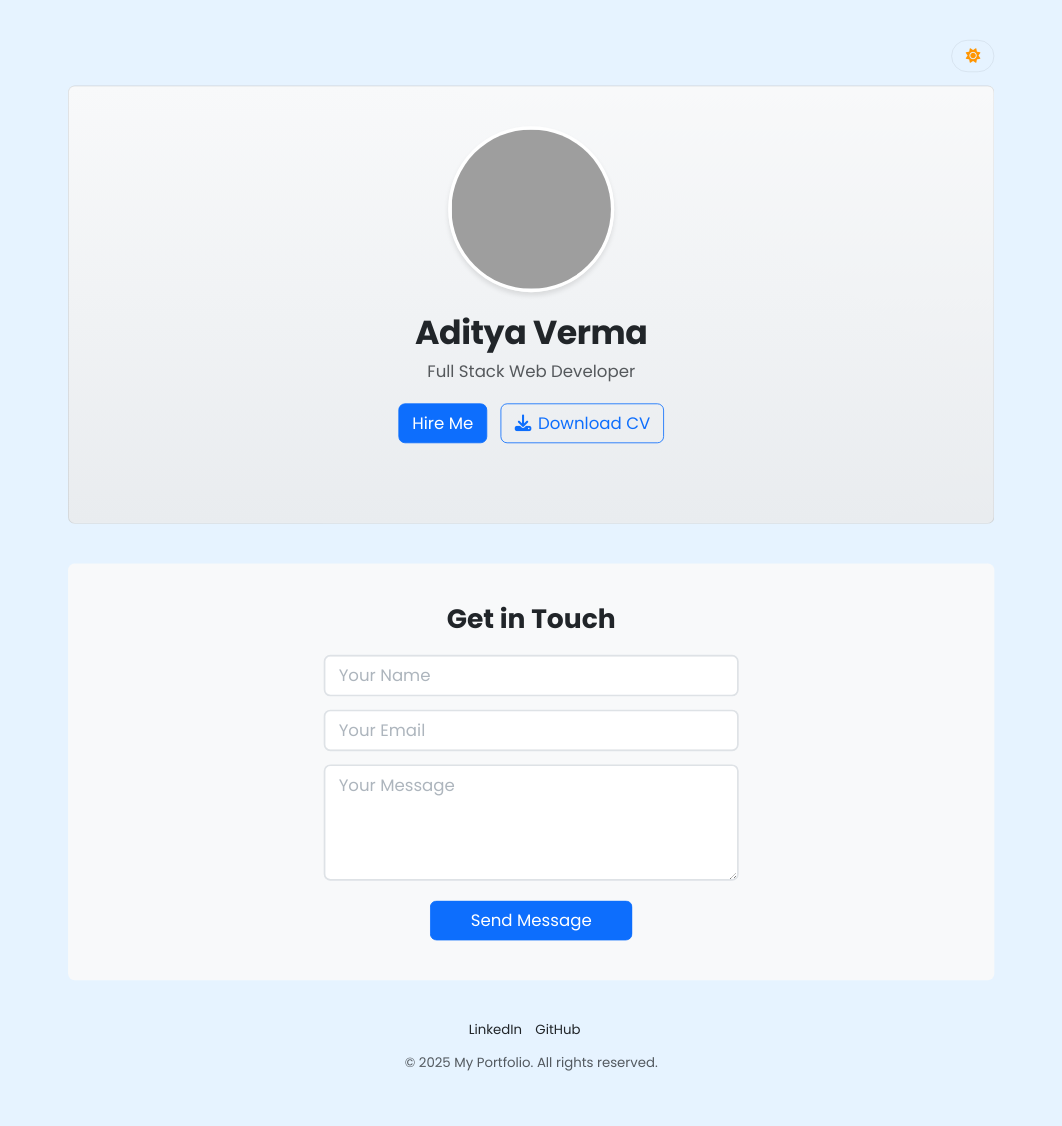
Repository: AdityaTech-Pro/FullStackWithBridgelabz
Page: Assignment10/Personal Portfolio Basics using Bootstrap Utilities/index.html
The author's editor kept a copy of each file at every save. The page is drawn from the files as they stood at one save, then again after the next save.
The browser window is 1280 px wide. The pictures show the whole page, at 83% of full size.
Pictures or frames that could not be fetched are drawn as grey boxes.

Above is the page before, as saved 2025-11-10 11:42:38.

### Assignment10/Personal Portfolio Basics using Bootstrap Utilities/index.html
<!DOCTYPE html>
<html lang="en">

<head>
    <meta charset="UTF-8">
    <meta name="viewport" content="width=device-width, initial-scale=1.0">
    <title>My Portfolio - Bootstrap Utilities</title>
    <!-- Bootstrap CSS -->
    <link href="https://cdn.jsdelivr.net/npm/bootstrap@5.3.2/dist/css/bootstrap.min.css" rel="stylesheet">
    <!-- Font Awesome for icons -->
    <link rel="stylesheet" href="https://cdnjs.cloudflare.com/ajax/libs/font-awesome/6.4.2/css/all.min.css">
    <!-- Google Font: Poppins -->
    <link href="https://fonts.googleapis.com/css2?family=Poppins:wght@300;400;600;700&display=swap" rel="stylesheet">
    <!-- Local custom styles -->
    <link rel="stylesheet" href="styles.css">
    <style>
        /* Custom styles to complement Bootstrap */

         :root {
            --bg: #e6f3ff;
            --card-bg: #ffffff;
            --accent: #0d6efd;
            --text: #212529;
        }

        body {
            background-color: var(--bg);
            color: var(--text);
            transition: background-color 0.3s ease, color 0.3s ease;
        }

        .profile-section {
            background: linear-gradient(to bottom, #f8f9fa, #e9ecef);
            transition: transform 0.3s ease, background 0.3s ease;
        }
        /* Top bar with theme toggle */

        .topbar {
            display: flex;
            justify-content: flex-end;
            align-items: center;
            gap: 1rem;
            margin-bottom: 1rem;
        }

        .theme-toggle {
            display: inline-flex;
            align-items: center;
            gap: 0.5rem;
            background: transparent;
            border: 1px solid rgba(0, 0, 0, 0.08);
            padding: 0.6rem 1rem;
            border-radius: 999px;
            cursor: pointer;
            color: var(--text);
            transition: all 0.3s ease;
        }

        .theme-toggle:hover {
            background: rgba(0, 0, 0, 0.05);
            transform: translateY(-1px);
        }

        .theme-toggle:active {
            transform: translateY(1px);
        }

        .theme-toggle i {
            font-size: 1.1rem;
        }

        .theme-toggle .fa-sun {
            color: #ff9500;
        }

        .theme-toggle .fa-moon {
            display: none;
            color: #6366f1;
        }

        .dark-theme .theme-toggle .fa-sun {
            display: none;
        }

        .dark-theme .theme-toggle .fa-moon {
            display: inline-block;
        }

        .btn-custom {
            transition: transform 0.3s ease;
        }

        .btn-custom:hover {
            transform: translateY(-2px);
        }

        .form-control:focus {
            box-shadow: 0 0 0 0.25rem rgba(13, 110, 253, 0.2);
        }

        .profile-img {
            width: 200px;
            height: 200px;
            object-fit: cover;
            border: 4px solid white;
            box-shadow: 0 4px 6px rgba(0, 0, 0, 0.1);
            transition: transform 0.25s ease;
        }

        .profile-img:hover {
            transform: scale(1.03);
        }
        /* Dark theme overrides */

        body.dark-theme {
            --bg: #0f1724;
            --card-bg: #111827;
            --muted: #9ca3af;
            --accent: #60a5fa;
            --text: #e6eef8;
        }

        .dark-theme .profile-section {
            background: linear-gradient(180deg, rgba(255, 255, 255, 0.02), rgba(255, 255, 255, 0.01));
        }

        .dark-theme .bg-light {
            background-color: #0b1220 !important;
            color: var(--text) !important;
            border: 1px solid rgba(255, 255, 255, 0.04);
        }

        .dark-theme .text-muted {
            color: var(--muted) !important;
        }

        .dark-theme .theme-toggle {
            border-color: rgba(255, 255, 255, 0.1);
        }

        .dark-theme .theme-toggle:hover {
            background: rgba(255, 255, 255, 0.05);
        }
        /* Small polish */

        .max-width-500 {
            max-width: 500px;
        }

        footer a {
            color: inherit;
        }

        @media (max-width: 768px) {
            .profile-img {
                width: 150px;
                height: 150px;
            }
            .topbar {
                justify-content: center;
            }
        }
    </style>
</head>

<body>
    <!-- Main Container -->
    <div class="container py-5">
        <!-- Top bar: theme toggle and quick actions -->
        <div class="topbar">
            <button id="themeToggle" class="theme-toggle" aria-pressed="false" aria-label="Toggle dark mode">
                <i class="fas fa-sun" aria-hidden="true"></i>
                <i class="fas fa-moon" aria-hidden="true"></i>
                <span class="visually-hidden">Toggle theme</span>
            </button>
        </div>
        <!-- Profile Section -->
        <section class="profile-section p-5 rounded-3 text-center mb-5">
            <img src="https://avatars.githubusercontent.com/u/219658559?s=400&u=7e5a78b2bf82817b3f897e4e53b1019b24af58ee&v=4" alt="Profile Picture" class="profile-img img-fluid rounded-circle mb-4">

            <h1 class="fw-bold mb-2">Aditya Verma</h1>
            <p class="text-muted fs-5 mb-4">Full Stack Web Developer</p>

            <!-- Action Buttons -->
            <div class="d-flex justify-content-center gap-3 mb-5">
                <button class="btn btn-primary btn-lg btn-custom">
                    Hire Me
                </button>
                <a href="./assets/Updated_Aditya_2Resume_by GLAFormat.pdf" class="btn btn-outline-primary btn-lg btn-custom" download>
                    <i class="fas fa-download me-2"></i>Download CV
                </a>
            </div>
        </section>

        <!-- Contact Form Section -->
        <section class="bg-light p-5 rounded-3">
            <h2 class="text-center fw-bold mb-4">Get in Touch</h2>

            <form class="max-width-500 mx-auto">
                <div class="mb-3">
                    <input type="text" class="form-control form-control-lg" placeholder="Your Name" required>
                </div>

                <div class="mb-3">
                    <input type="email" class="form-control form-control-lg" placeholder="Your Email" required>
                </div>

                <div class="mb-4">
                    <textarea class="form-control form-control-lg" rows="4" placeholder="Your Message" required></textarea>
                </div>

                <div class="text-center">
                    <button type="submit" class="btn btn-primary btn-lg px-5 btn-custom">
                        Send Message
                    </button>
                </div>
            </form>
        </section>

        <!-- Footer -->
        <footer class="text-center mt-5">
            <div class="d-flex justify-content-center gap-3">
                <a href="https://www.linkedin.com/in/aditya-verma-2a3915289/" class="text-decoration-none text-dark">LinkedIn</a>
                <a href="https://github.com/AdityaTech-Pro" class="text-decoration-none text-dark">GitHub</a>
                <a href="#" class="text-decoration-none text-dark"></a>
            </div>
            <p class="text-muted mt-3">&copy; 2025 My Portfolio. All rights reserved.</p>
        </footer>
    </div>

    <!-- Theme toggle script -->
    <script>
        (function() {
            const toggle = document.getElementById('themeToggle');
            const body = document.body;
            const saved = localStorage.getItem('theme');

            function applyTheme(theme) {
                if (theme === 'dark') {
                    body.classList.add('dark-theme');
                    toggle.setAttribute('aria-pressed', 'true');
                } else {
                    body.classList.remove('dark-theme');
                    toggle.setAttribute('aria-pressed', 'false');
                }
            }

            // initial theme: saved -> user preference -> light
            if (saved) {
                applyTheme(saved);
            } else if (window.matchMedia && window.matchMedia('(prefers-color-scheme: dark)').matches) {
                applyTheme('dark');
            }

            toggle.addEventListener('click', function() {
                const isDark = body.classList.toggle('dark-theme');
                localStorage.setItem('theme', isDark ? 'dark' : 'light');
                toggle.setAttribute('aria-pressed', String(isDark));
            });
        })();
    </script>

    <!-- Bootstrap JS -->
    <script src="https://cdn.jsdelivr.net/npm/bootstrap@5.3.2/dist/js/bootstrap.bundle.min.js"></script>
</body>

</html>

### Assignment10/Personal Portfolio Basics using Bootstrap Utilities/styles.css
/* Custom styles to enhance Bootstrap */

/* Body and general styles */
body {
    font-family: 'Poppins', 'Segoe UI', system-ui, -apple-system, sans-serif;
    background-color: #ffffff;
}

/* Container max-width for larger screens */
.container {
    max-width: 1140px;
}

/* Profile section styling */
.profile-section {
    background: linear-gradient(135deg, #f8f9fa 0%, #e9ecef 100%);
    border: 1px solid rgba(0, 0, 0, 0.1);
    transition: transform 0.3s ease;
}

.profile-section:hover {
    transform: translateY(-5px);
}

/* Profile image styling */
.profile-img {
    width: 200px;
    height: 200px;
    object-fit: cover;
    border: 4px solid white;
    box-shadow: 0 4px 15px rgba(0, 0, 0, 0.1);
    transition: transform 0.3s ease;
}

.profile-img:hover {
    transform: scale(1.05);
}

/* Button enhancements */
.btn-custom {
    transition: all 0.3s ease;
    position: relative;
    overflow: hidden;
}

.btn-custom:hover {
    transform: translateY(-2px);
    box-shadow: 0 5px 15px rgba(0, 0, 0, 0.1);
}

.btn-custom:active {
    transform: translateY(0);
}

/* Form styling */
.form-control {
    border: 2px solid #dee2e6;
    transition: all 0.3s ease;
}

.form-control:focus {
    border-color: #0d6efd;
    box-shadow: 0 0 0 0.25rem rgba(13, 110, 253, 0.2);
}

.form-control::placeholder {
    color: #adb5bd;
}

/* Social links styling */
.social-links a {
    transition: color 0.3s ease, transform 0.15s ease;
    color: #0d6efd;
    font-weight: 700;
}

.social-links a:hover {
    color: #0b5ed7 !important;
    transform: translateY(-1px);
}

/* Custom animations */
@keyframes fadeInUp {
    from {
        opacity: 0;
        transform: translateY(20px);
    }
    to {
        opacity: 1;
        transform: translateY(0);
    }
}

.profile-section, .contact-form {
    animation: fadeInUp 0.5s ease-out forwards;
}

/* Form success state */
.form-control:valid {
    border-color: #198754;
}

/* Custom section styling */
.custom-section {
    border-radius: 15px;
    overflow: hidden;
}

/* Typography enhancements */
h1 {
    letter-spacing: -0.5px;
}

.tagline {
    font-size: 1.25rem;
    color: #6c757d;
}

/* Responsive adjustments */
@media (max-width: 768px) {
    .profile-img {
        width: 150px;
        height: 150px;
    }

    .btn-custom {
        width: 100%;
        margin-bottom: 0.5rem;
    }

    .profile-section {
        padding: 2rem !important;
    }
}

/* Dark mode support */
@media (prefers-color-scheme: dark) {
    body {
        background-color: #212529;
        color: #f8f9fa;
    }

    .profile-section {
        background: linear-gradient(135deg, #343a40 0%, #212529 100%);
    }

    .form-control {
        background-color: #343a40;
        border-color: #495057;
        color: #f8f9fa;
    }

    .form-control::placeholder {
        color: #6c757d;
    }

    .bg-light {
        background-color: #343a40 !important;
    }

    .text-dark {
        color: #f8f9fa !important;
    }
}

/* When user toggles dark-theme via JS */
.dark-theme .social-links a {
    color: #93c5fd;
}

.dark-theme .social-links a:hover {
    color: #60a5fa !important;
}

/* Handle anchors that also carry Bootstrap's .text-dark (which uses !important) */
.social-links a.text-dark {
    color: #0d6efd !important;
    font-weight: 700;
}

.dark-theme .social-links a.text-dark {
    color: #93c5fd !important;
}

/* Loading animation */
.page-loading {
    opacity: 0;
    animation: fadeIn 0.5s ease-out forwards;
}

@keyframes fadeIn {
    to {
        opacity: 1;
    }
}

/* Custom scrollbar */
::-webkit-scrollbar {
    width: 10px;
}

::-webkit-scrollbar-track {
    background: #f1f1f1;
}

::-webkit-scrollbar-thumb {
    background: #888;
    border-radius: 5px;
}

::-webkit-scrollbar-thumb:hover {
    background: #555;
}

After the next save:
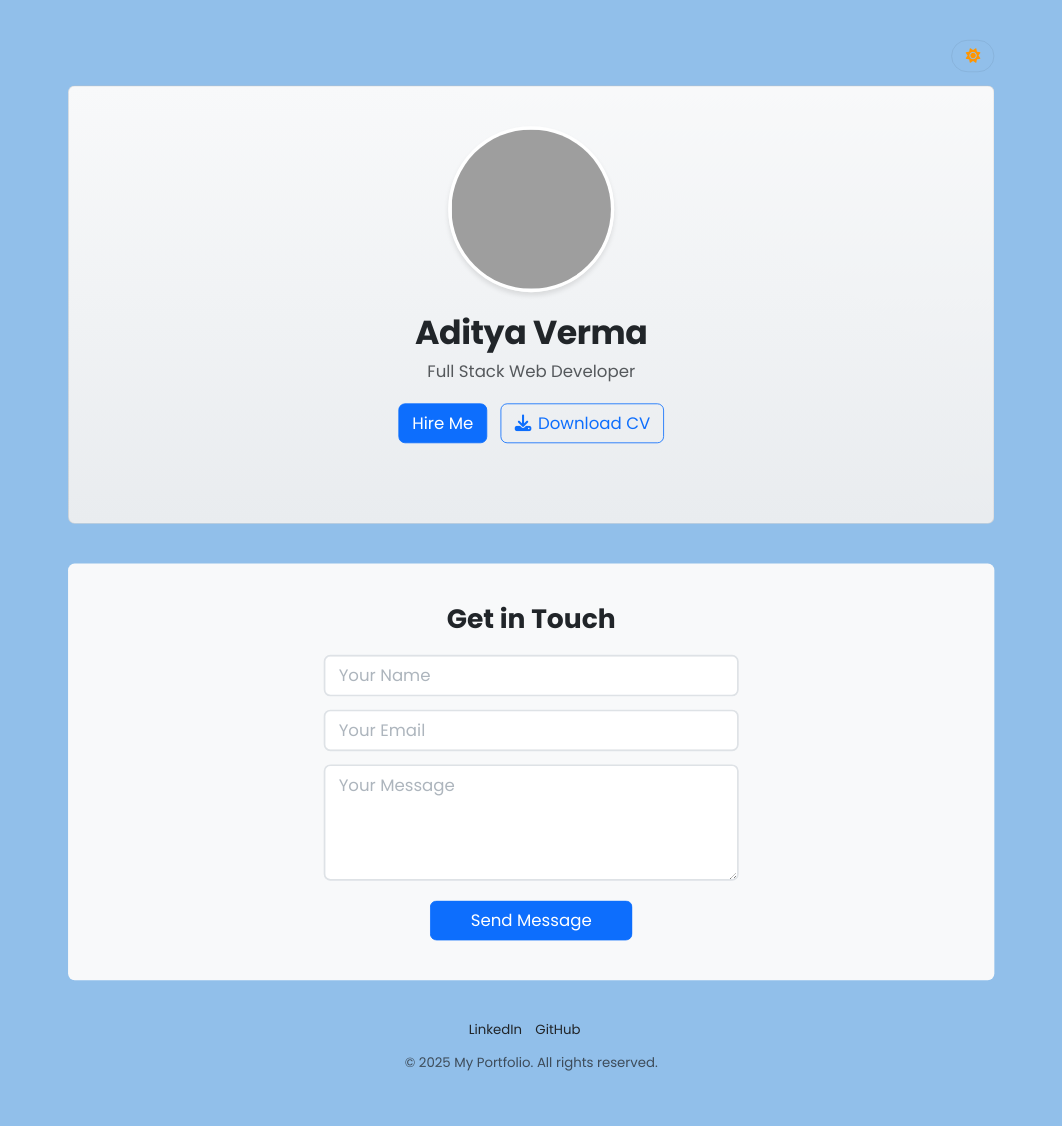
Saved 31 s later.
--- a/Assignment10/Personal Portfolio Basics using Bootstrap Utilities/index.html
+++ b/Assignment10/Personal Portfolio Basics using Bootstrap Utilities/index.html
@@ -17,7 +17,7 @@
         /* Custom styles to complement Bootstrap */
 
          :root {
-            --bg: #e6f3ff;
+            --bg: #91bfea;
             --card-bg: #ffffff;
             --accent: #0d6efd;
             --text: #212529;
